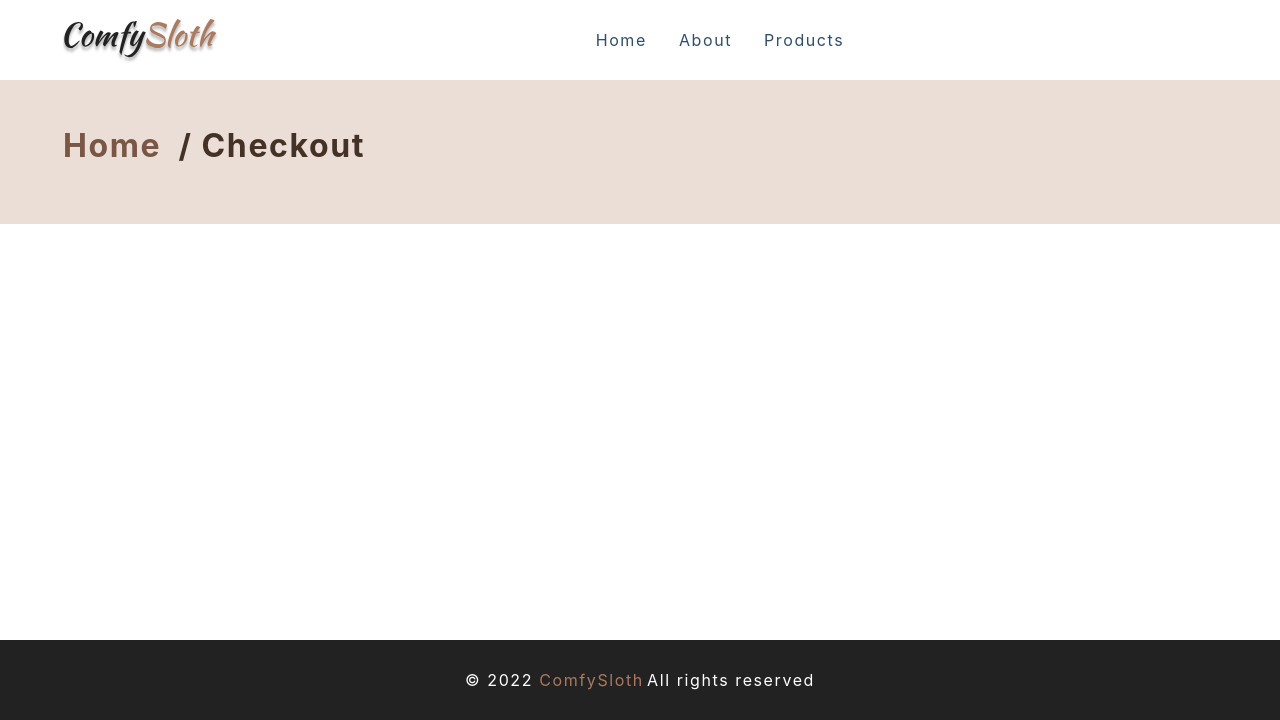
Repository: MateuszWorek/react-comfy-store
Page: /checkout
These files come from the project's save history. The page is drawn as it stood at one moment and after the next save; the edit follows.
The browser window is 1280 px wide. The pictures show the whole page.
The project was rebuilt for these pictures with package versions that can differ from the ones it lists, and the page was loaded fresh each time. A package was used in the major version that the imports need, not the one package.json lists. Also part of the build but not shown: src/utils/constants.js, src/components/Error.js, src/components/Loading.js, src/utils/helpers.js, src/components/Product.js, src/components/FeaturedProducts.js, src/reducers/cart_reducer.js, src/context/cart_context.js and 26 more. Imported but missing from the stored project, and not drawn on this page: src/components/AmountButtons.

Above is the page before, as saved 2022-07-12 21:54:52.

### src/index.js
import React from 'react';
import ReactDOM from 'react-dom';
import './index.css';
import App from './App';
import { ProductsProvider } from './context/products_context';
import { FilterProvider } from './context/filter_context';
import { CartProvider } from './context/cart_context';
import { UserProvider } from './context/user_context';
import { Auth0Provider } from '@auth0/auth0-react';

ReactDOM.render(
  <ProductsProvider>
    <App />
  </ProductsProvider>,
  document.getElementById('root')
);

### src/App.js
import React from 'react';
import { BrowserRouter as Router, Switch, Route } from 'react-router-dom';
import { Navbar, Sidebar, Footer } from './components';
import {
  Home,
  SingleProduct,
  Cart,
  Checkout,
  Error,
  About,
  Products,
  PrivateRoute,
} from './pages';

function App() {
  return (
    <Router>
      <Navbar />
      <Sidebar />
      <Switch>
        <Route exact path='/'>
          <Home />
        </Route>
        <Route exact path='/about'>
          <About />
        </Route>
        <Route exact path='cart'>
          <Cart />
        </Route>
        <Route exact path='/products'>
          <Products />
        </Route>
        <Route exact path='/products/:id' children={<SingleProduct />} />
        <Route exact path='/checkout'>
          <Checkout />
        </Route>
        <Route exact path='*'>
          <Error />
        </Route>
      </Switch>
      <Footer />
    </Router>
  );
}

export default App;

### src/context/products_context.js
import axios from 'axios';
import React, { useContext, useEffect, useReducer } from 'react';
import reducer from '../reducers/products_reducer';
import { products_url as url } from '../utils/constants';
import {
  SIDEBAR_OPEN,
  SIDEBAR_CLOSE,
  GET_PRODUCTS_BEGIN,
  GET_PRODUCTS_SUCCESS,
  GET_PRODUCTS_ERROR,
  GET_SINGLE_PRODUCT_BEGIN,
  GET_SINGLE_PRODUCT_SUCCESS,
  GET_SINGLE_PRODUCT_ERROR,
} from '../actions';

const initialState = {
  isSidebarOpen: false,
};

const ProductsContext = React.createContext();

export const ProductsProvider = ({ children }) => {
  const [state, dispatch] = useReducer(reducer, initialState);
  const openSidebar = () => {
    // dispatch({ type: 'SIDEBAR_OPEN' });
    dispatch({ type: SIDEBAR_OPEN });
  };
  const closeSidebar = () => {
    // dispatch({ type: 'SIDEBAR_CLOSE' });
    dispatch({ type: SIDEBAR_CLOSE });
  };

  // useEffect(() => {
  //   openSidebar();
  // }, []);

  return (
    // <ProductsContext.Provider value='products context'>
    //   {children}
    // </ProductsContext.Provider>
    <ProductsContext.Provider value={{ ...state, openSidebar, closeSidebar }}>
      {children}
    </ProductsContext.Provider>
  );
};
// make sure use
export const useProductsContext = () => {
  return useContext(ProductsContext);
};

### src/components/index.js
import FeaturedProducts from './FeaturedProducts'
import Navbar from './Navbar'
import CartButtons from './CartButtons'
import Footer from './Footer'
import Sidebar from './Sidebar'
import Hero from './Hero'
import Services from './Services'
import Contact from './Contact'
import Loading from './Loading'
import Error from './Error'
import ProductImages from './ProductImages'
import AddToCart from './AddToCart'
import Filters from './Filters'
import ProductList from './ProductList'
import Sort from './Sort'
import Stars from './Stars'
import CartContent from './CarContent'
import PageHero from './PageHero'
import StripeCheckout from './StripeCheckout'
export {
  FeaturedProducts,
  Navbar,
  CartButtons,
  Footer,
  Sidebar,
  Hero,
  Services,
  Contact,
  Loading,
  Error,
  ProductImages,
  AddToCart,
  Filters,
  ProductList,
  Sort,
  Stars,
  CartContent,
  PageHero,
  StripeCheckout,
}

### src/pages/index.js
import Home from './HomePage';
import Products from './ProductsPage';
import SingleProduct from './SingleProductPage';
import About from './AboutPage';
import Cart from './CartPage';
import Error from './ErrorPage';
import Checkout from './CheckoutPage';
import PrivateRoute from './PrivateRoute';

export {
  Home,
  Products,
  SingleProduct,
  About,
  Cart,
  Error,
  Checkout,
  PrivateRoute,
};

### src/reducers/products_reducer.js
import {
  SIDEBAR_OPEN,
  SIDEBAR_CLOSE,
  GET_PRODUCTS_BEGIN,
  GET_PRODUCTS_SUCCESS,
  GET_PRODUCTS_ERROR,
  GET_SINGLE_PRODUCT_BEGIN,
  GET_SINGLE_PRODUCT_SUCCESS,
  GET_SINGLE_PRODUCT_ERROR,
} from '../actions';

const products_reducer = (state, action) => {
  if (action.type === SIDEBAR_OPEN) {
    // console.log(state);
    return { ...state, isSidebarOpen: true };
  }
  if (action.type === SIDEBAR_CLOSE) {
    // console.log(state);
    return { ...state, isSidebarOpen: false };
  }
  return state;
  throw new Error(`No Matching "${action.type}" - action type`);
};

export default products_reducer;

### src/actions.js
export const SIDEBAR_OPEN = 'SIDEBAR_OPEN'
export const SIDEBAR_CLOSE = 'SIDEBAR_CLOSE'
export const GET_PRODUCTS_BEGIN = 'GET_PRODUCTS_BEGIN'
export const GET_PRODUCTS_SUCCESS = 'GET_PRODUCTS_SUCCESS'
export const GET_PRODUCTS_ERROR = 'GET_PRODUCTS_ERROR'
export const GET_SINGLE_PRODUCT_BEGIN = 'GET_SINGLE_PRODUCT_BEGIN'
export const GET_SINGLE_PRODUCT_SUCCESS = 'GET_SINGLE_PRODUCT_SUCCESS'
export const GET_SINGLE_PRODUCT_ERROR = 'GET_SINGLE_PRODUCT_ERROR'
export const LOAD_PRODUCTS = 'LOAD_PRODUCTS'
export const SET_GRIDVIEW = 'SET_GRIDVIEW'
export const SET_LISTVIEW = 'SET_LISTVIEW'
export const UPDATE_SORT = 'UPDATE_SORT'
export const SORT_PRODUCTS = 'SORT_PRODUCTS'
export const UPDATE_FILTERS = 'UPDATE_FILTERS'
export const FILTER_PRODUCTS = 'FILTER_PRODUCTS'
export const CLEAR_FILTERS = 'CLEAR_FILTERS'
export const ADD_TO_CART = 'ADD_TO_CART'
export const REMOVE_CART_ITEM = 'REMOVE_CART_ITEM'
export const TOGGLE_CART_ITEM_AMOUNT = 'TOGGLE_CART_ITEM_AMOUNT'
export const CLEAR_CART = 'CLEAR_CART'
export const COUNT_CART_TOTALS = 'COUNT_CART_TOTALS'

### src/components/Navbar.js
import React from 'react';
import styled from 'styled-components';
import logo from '../assets/logo.svg';
import { FaBars } from 'react-icons/fa';
import { Link } from 'react-router-dom';
import { links } from '../utils/constants';
import CartButtons from './CartButtons';
import { useProductsContext } from '../context/products_context';
import { useUserContext } from '../context/user_context';

const Nav = () => {
  const { openSidebar } = useProductsContext();
  return (
    <NavContainer>
      <div className='nav-center'>
        <div className='nav-header'>
          <Link to='/'>
            <img src={logo} alt='comfy sloth' />
          </Link>
          <button type='buttton' className='nav-toggle' onClick={openSidebar}>
            <FaBars />
          </button>
        </div>
        <ul className='nav-links'>
          {links.map((link) => {
            const { id, text, url } = link;
            return (
              <li key={id}>
                <Link to={url}>{text}</Link>
              </li>
            );
          })}
        </ul>
      </div>
    </NavContainer>
  );
};

const NavContainer = styled.nav`
  height: 5rem;
  display: flex;
  align-items: center;
  justify-content: center;

  .nav-center {
    width: 90vw;
    margin: 0 auto;
    max-width: var(--max-width);
  }
  .nav-header {
    display: flex;
    align-items: center;
    justify-content: space-between;
    img {
      width: 175px;
      margin-left: -15px;
    }
  }
  .nav-toggle {
    background: transparent;
    border: transparent;
    color: var(--clr-primary-5);
    cursor: pointer;
    svg {
      font-size: 2rem;
    }
  }
  .nav-links {
    display: none;
  }
  .cart-btn-wrapper {
    display: none;
  }
  @media (min-width: 992px) {
    .nav-toggle {
      display: none;
    }
    .nav-center {
      display: grid;
      grid-template-columns: auto 1fr auto;
      align-items: center;
    }
    .nav-links {
      display: flex;
      justify-content: center;
      li {
        margin: 0 0.5rem;
      }
      a {
        color: var(--clr-grey-3);
        font-size: 1rem;
        text-transform: capitalize;
        letter-spacing: var(--spacing);
        padding: 0.5rem;
        &:hover {
          border-bottom: 2px solid var(--clr-primary-7);
        }
      }
    }
    .cart-btn-wrapper {
      display: grid;
    }
  }
`;

export default Nav;

### src/components/CartButtons.js
import React from 'react';
import { FaShoppingCart, FaUserMinus, FaUserPlus } from 'react-icons/fa';
import { Link } from 'react-router-dom';
import styled from 'styled-components';
import { useProductsContext } from '../context/products_context';
import { useCartContext } from '../context/cart_context';
import { useUserContext } from '../context/user_context';

const CartButtons = () => {
  const { closeSidebar } = useProductsContext();

  return (
    <Wrapper className='cart-btn-wrapper'>
      <Link to='/cart' className='cart-btn' onClick={closeSidebar}>
        Cart{' '}
        <span className='cart-container'>
          <FaShoppingCart />
          <span className='cart-value'>12</span>
        </span>
      </Link>
      <button type='button' className='auth-btn'>
        Login <FaUserPlus />
      </button>
    </Wrapper>
  );
};

const Wrapper = styled.div`
  display: grid;
  grid-template-columns: 1fr 1fr;
  align-items: center;
  width: 225px;

  .cart-btn {
    color: var(--clr-grey-1);
    font-size: 1.5rem;
    letter-spacing: var(--spacing);
    color: var(--clr-grey-1);
    display: flex;

    align-items: center;
  }
  .cart-container {
    display: flex;
    align-items: center;
    position: relative;
    svg {
      height: 1.6rem;
      margin-left: 5px;
    }
  }
  .cart-value {
    position: absolute;
    top: -10px;
    right: -16px;
    background: var(--clr-primary-5);
    width: 16px;
    height: 16px;
    display: flex;
    align-items: center;
    justify-content: center;
    border-radius: 50%;
    font-size: 0.75rem;
    color: var(--clr-white);
    padding: 12px;
  }
  .auth-btn {
    display: flex;
    align-items: center;
    background: transparent;
    border-color: transparent;
    font-size: 1.5rem;
    cursor: pointer;
    color: var(--clr-grey-1);
    letter-spacing: var(--spacing);
    svg {
      margin-left: 5px;
    }
  }
`;
export default CartButtons;

### src/components/Footer.js
import React from 'react';
import styled from 'styled-components';
const Footer = () => {
  return (
    <Wrapper>
      <h5>
        &copy; {new Date().getFullYear()}
        <span> ComfySloth</span>
      </h5>
      <h5>All rights reserved</h5>
    </Wrapper>
  );
};

const Wrapper = styled.footer`
  height: 5rem;
  display: flex;
  flex-direction: column;
  justify-content: center;
  align-items: center;
  background: var(--clr-black);
  text-align: center;
  span {
    color: var(--clr-primary-5);
  }
  h5 {
    color: var(--clr-white);
    margin: 0.1rem;

    font-weight: 400;
    text-transform: none;
    line-height: 1.25;
  }
  @media (min-width: 776px) {
    flex-direction: row;
  }
`;

export default Footer;

### src/components/Sidebar.js
import React from 'react';
import logo from '../assets/logo.svg';
import { Link } from 'react-router-dom';
import { useProductsContext } from '../context/products_context';
import { FaTimes } from 'react-icons/fa';
import { links } from '../utils/constants';
import styled from 'styled-components';
import CartButtons from './CartButtons';
import { useUserContext } from '../context/user_context';

const Sidebar = () => {
  const { isSidebarOpen, closeSidebar } = useProductsContext();

  return (
    <SidebarContainer>
      <aside
        className={`${isSidebarOpen ? 'sidebar show-sidebar' : 'sidebar'}`}
      >
        <div className='sidebar-header'>
          <img src={logo} className='logo' alt='comfy sloth' />
          <button type='button' className='close-btn' onClick={closeSidebar}>
            <FaTimes />
          </button>
        </div>
        <ul className='links'>
          {links.map(({ id, text, url }) => {
            return (
              <li key={id}>
                <Link to={url} onClick={closeSidebar}>
                  {text}
                </Link>
              </li>
            );
          })}
          <li>
            <Link to='checkout' onClick={closeSidebar}>
              checkout
            </Link>
          </li>
        </ul>
        <CartButtons />
      </aside>
    </SidebarContainer>
  );
};

const SidebarContainer = styled.div`
  text-align: center;
  .sidebar-header {
    display: flex;
    justify-content: space-between;
    align-items: center;
    padding: 1rem 1.5rem;
  }
  .close-btn {
    font-size: 2rem;
    background: transparent;
    border-color: transparent;
    color: var(--clr-primary-5);
    transition: var(--transition);
    cursor: pointer;
    color: var(--clr-red-dark);
    margin-top: 0.2rem;
  }
  .close-btn:hover {
    color: var(--clr-red-light);
  }
  .logo {
    justify-self: center;
    height: 45px;
  }
  .links {
    margin-bottom: 2rem;
  }
  .links a {
    display: block;
    text-align: left;
    font-size: 1rem;
    text-transform: capitalize;
    padding: 1rem 1.5rem;
    color: var(--clr-grey-3);
    transition: var(--transition);
    letter-spacing: var(--spacing);
  }

  .links a:hover {
    padding: 1rem 1.5rem;
    padding-left: 2rem;
    background: var(--clr-grey-10);
    color: var(--clr-grey-2);
  }

  .sidebar {
    position: fixed;
    top: 0;
    left: 0;
    width: 100%;
    height: 100%;
    background: var(--clr-white);
    transition: var(--transition);
    transform: translate(-100%);
    z-index: -1;
  }
  .show-sidebar {
    transform: translate(0);
    z-index: 999;
  }
  .cart-btn-wrapper {
    margin: 2rem auto;
  }
  @media screen and (min-width: 992px) {
    .sidebar {
      display: none;
    }
  }
`;

export default Sidebar;

### src/components/PageHero.js
import React from 'react';
import styled from 'styled-components';
import { Link } from 'react-router-dom';
const PageHero = ({ title }) => {
  return (
    <Wrapper>
      <div className='section-center'>
        <h3>
          <Link to='/'>Home</Link> / {title}
        </h3>
      </div>
    </Wrapper>
  );
};

const Wrapper = styled.section`
  background: var(--clr-primary-10);
  width: 100%;
  min-height: 20vh;
  display: flex;
  align-items: center;

  color: var(--clr-primary-1);
  a {
    color: var(--clr-primary-3);
    padding: 0.5rem;
    transition: var(--transition);
  }
  a:hover {
    color: var(--clr-primary-1);
  }
`;

export default PageHero;

### src/pages/CheckoutPage.js
import React from 'react';
import styled from 'styled-components';
import { PageHero, StripeCheckout } from '../components';
// extra imports
import { useCartContext } from '../context/cart_context';
import { Link } from 'react-router-dom';

const CheckoutPage = () => {
  return (
    <main>
      <PageHero title='checkout' />
      <Wrapper className='page'></Wrapper>
    </main>
  );
};
const Wrapper = styled.div``;
export default CheckoutPage;

Loaded but not shown: public/index.html (common file); src/index.css (common file)

After the next save:
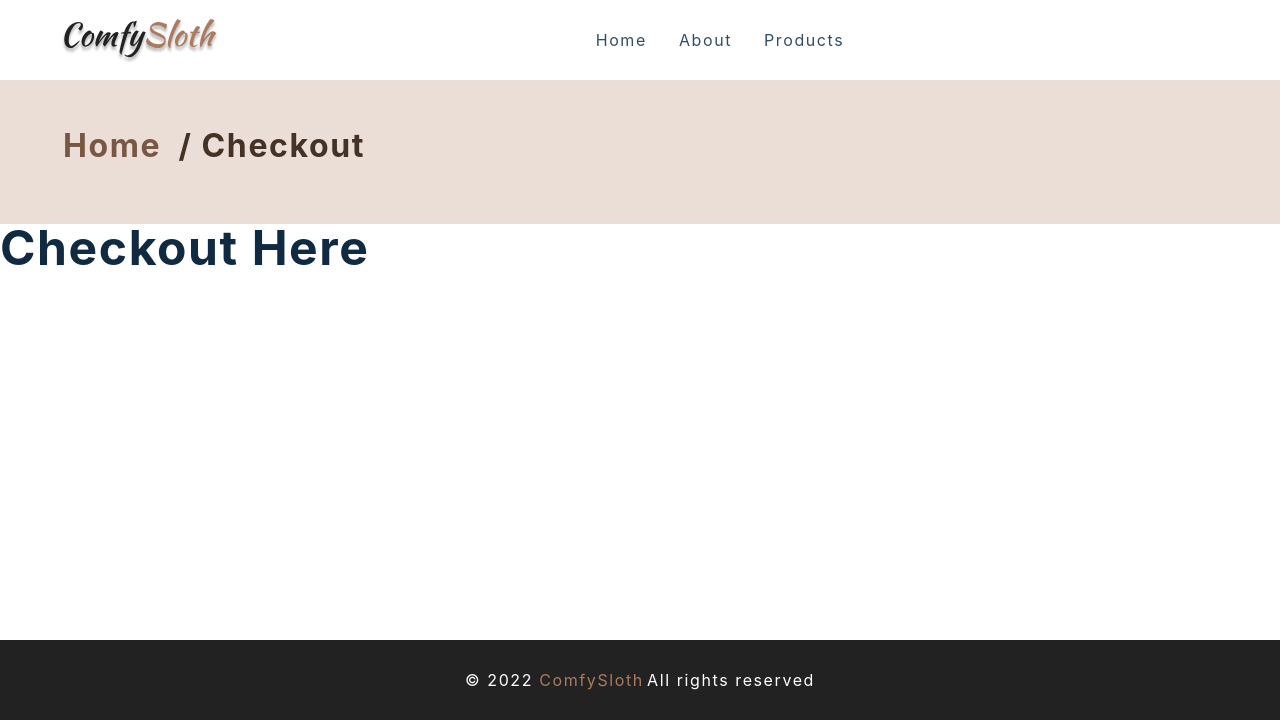
Saved 46 s later.
--- a/src/pages/CheckoutPage.js
+++ b/src/pages/CheckoutPage.js
@@ -9,7 +9,9 @@ const CheckoutPage = () => {
   return (
     <main>
       <PageHero title='checkout' />
-      <Wrapper className='page'></Wrapper>
+      <Wrapper className='page'>
+        <h1>checkout here</h1>
+      </Wrapper>
     </main>
   );
 };
